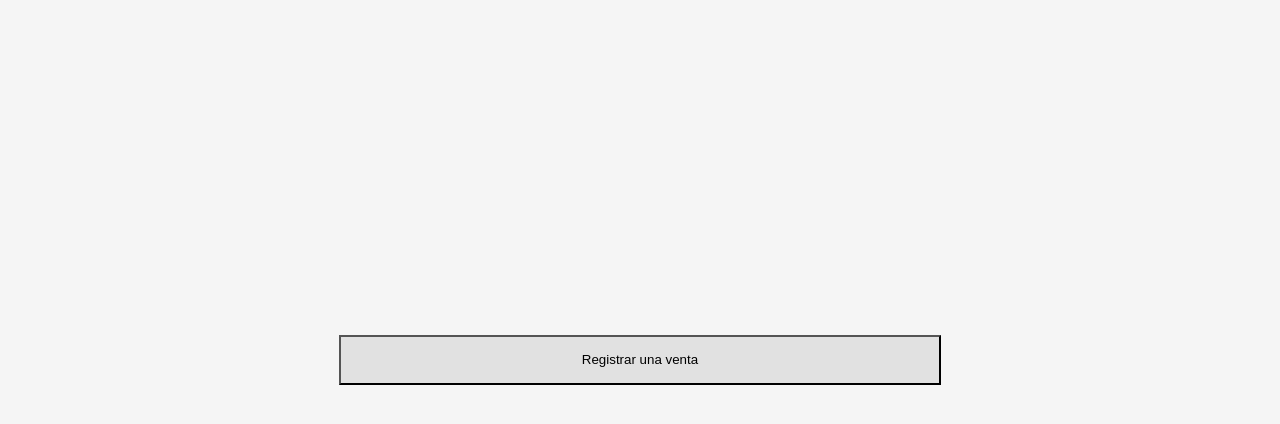
Repository: aCoupon0/intranet
Page: index.html
These files come from the project's save history. The page is drawn as it stood at one moment and after the next save; the edit follows.
The browser window is 1280 px wide. The pictures show the whole page.

Above is the page before, as saved 2024-11-29 11:44:39.

### index.html
<!DOCTYPE html>
<html lang="es">
<head>
    <meta charset="UTF-8">
    <meta name="viewport" content="width=device-width, initial-scale=1.0">
    <title>Hola Mundo</title>
    <link rel="stylesheet" href="main.css">
</head>
<body>
    <button class="venta">Registrar una venta</button>
</body>
</html>

### main.css
/* main.css */
body {
    font-family: 'Roboto', system-ui, -apple-system, BlinkMacSystemFont, 'Segoe UI', sans-serif;
    margin: 0;
    padding: 0;
    display: flex;
    justify-content: center;
    align-items: center;
    height: 100vh;
    background-color: #f5f5f5;
    color: #333;
}
h1 {
    font-size: 2rem;
}

button {
    width: 47%;
    height: 7vh;
    background-color: rgba(0, 0, 0, 0.082);
}

After the next save:
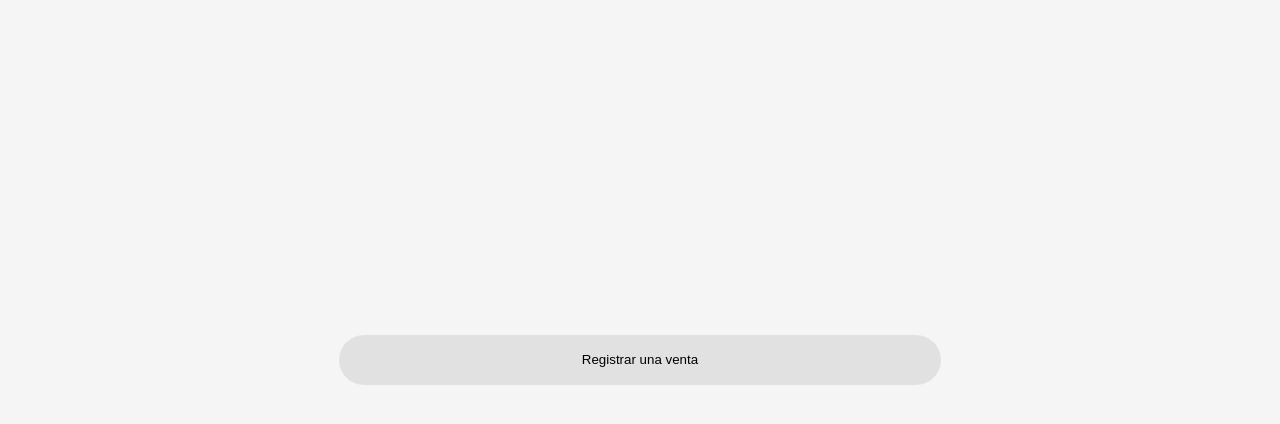
Saved 16 s later.
--- a/main.css
+++ b/main.css
@@ -18,4 +18,6 @@ button {
     width: 47%;
     height: 7vh;
     background-color: rgba(0, 0, 0, 0.082);
+    border: none;
+    border-radius: 10vw;
 }
